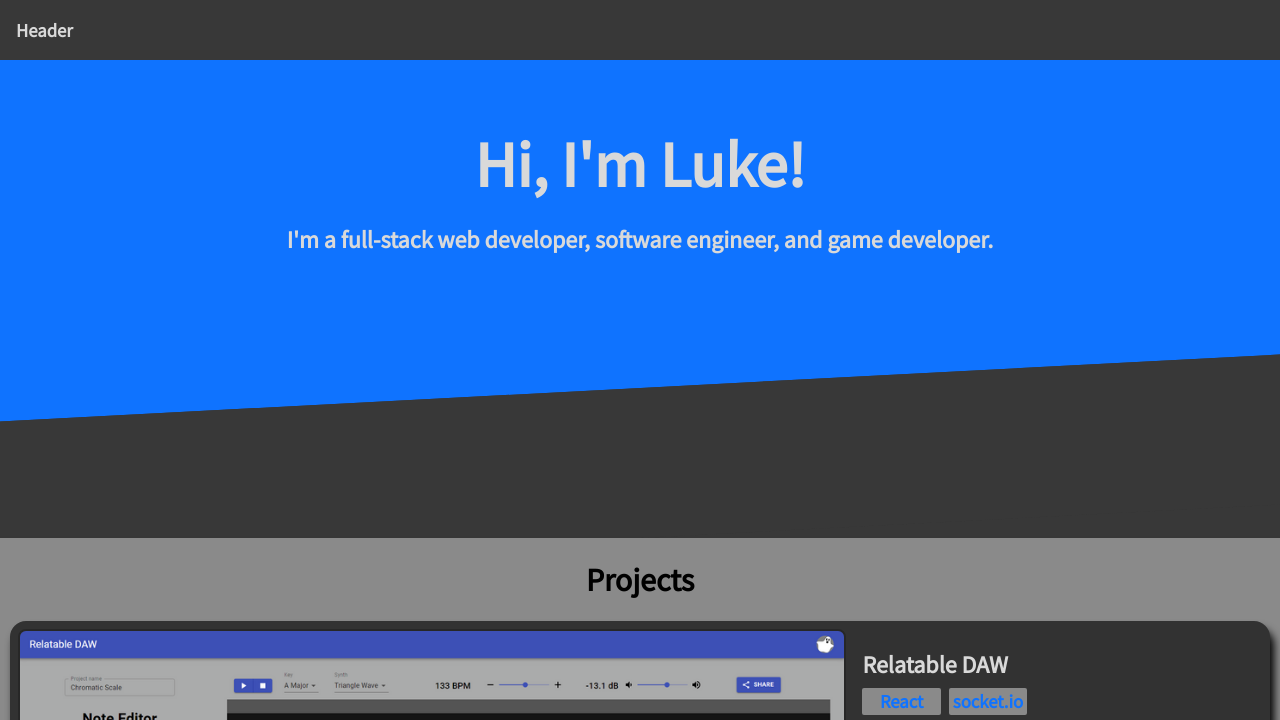
Repository: lbodwell/Personal-Website
Page: index.html
An editor plug-in stored every save of this project. The page is shown before and after the next save, followed by the edit.
The browser window is 1280 px wide. The pictures show the whole page.
An inner scrolling area shows only its first screen.

Above is the page before, as saved 2022-04-04 19:50:08.

After the next save:
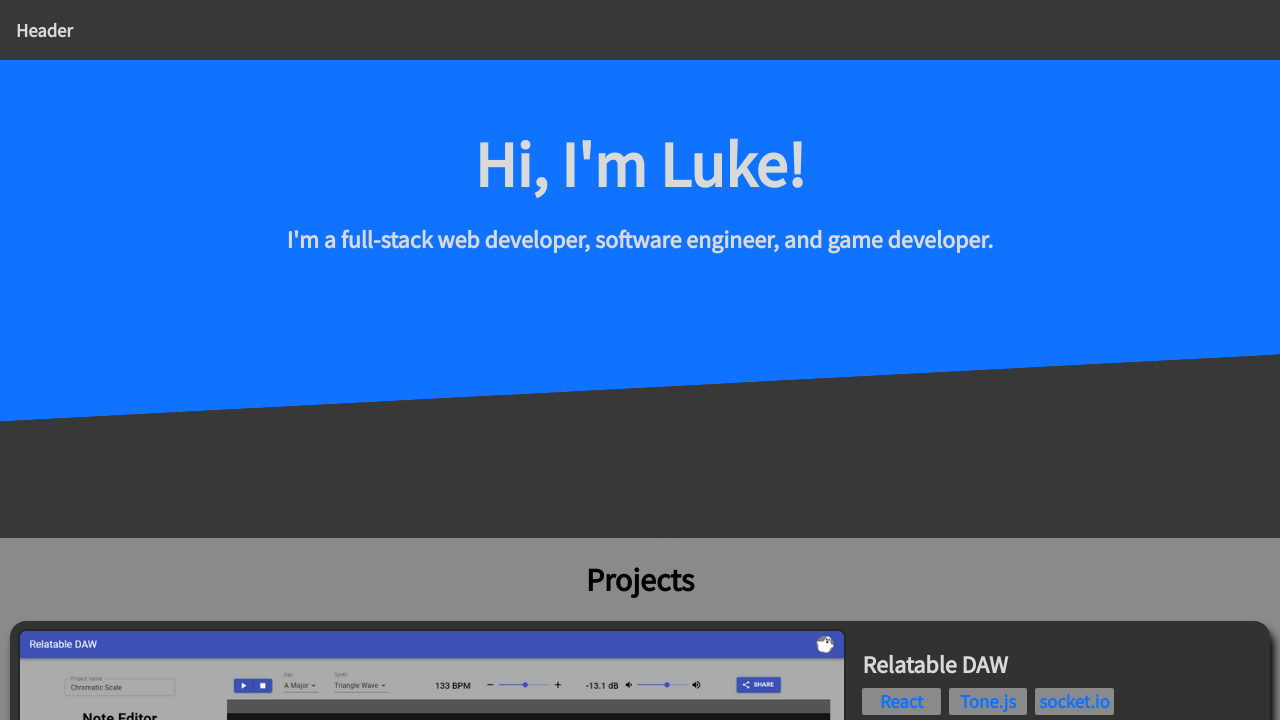
Saved 2 min 1 s later.
--- a/index.html
+++ b/index.html
@@ -30,6 +30,9 @@
                                 <div class="project-tags">
                                     <div class="project-tag">
                                         <h3>React</h3>
+                                    </div>
+                                    <div class="project-tag">
+                                        <h3>Tone.js</h3>
                                     </div>
                                     <div class="project-tag">
                                         <h3>socket.io</h3>
